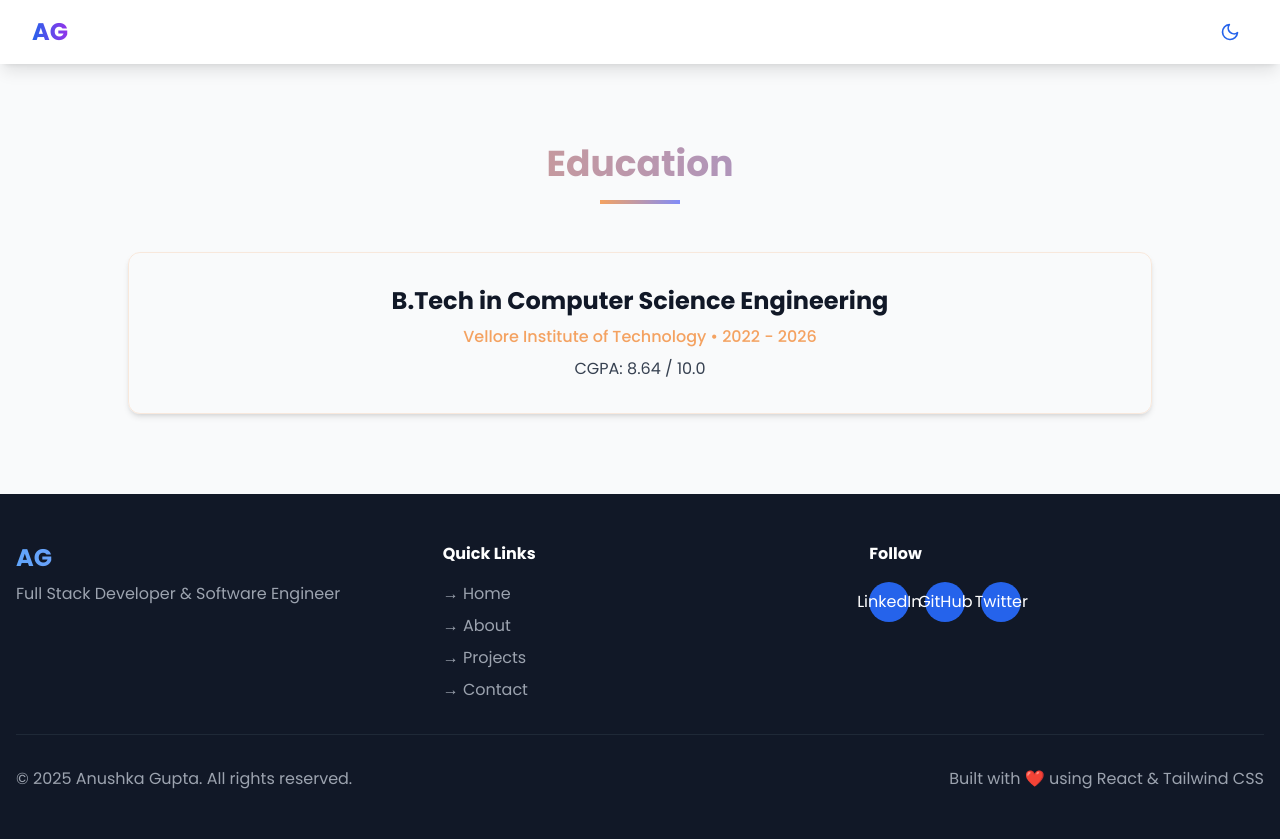
Repository: AnushkaGupta1120/Portfolio
Page: /education
The author's editor kept a copy of each file at every save. The page is drawn from the files as they stood at one save, then again after the next save.
The browser window is 1280 px wide. The pictures show the whole page.
The project was rebuilt for these pictures with package versions that can differ from the ones it lists, and the page was loaded fresh each time. Also part of the build but not shown: vite.config.js, src/styles/Home.css, src/pages/Hero.jsx, src/pages/About.jsx, src/pages/SkillsCategories.jsx, src/pages/Skills.jsx, src/pages/ProjectCard.jsx, src/pages/Projects.jsx and 4 more.

Above is the page before, as saved 2025-12-22 12:48:31.

### index.html
<!DOCTYPE html>
<html lang="en">
<head>
  <meta charset="UTF-8" />
  <meta name="viewport" content="width=device-width, initial-scale=1.0" />

  <!-- Meta Tags -->
  <meta name="description" content="Anushka Gupta - Full Stack Developer & Software Engineer. Building scalable and user-friendly solutions with React, Node.js, and modern web technologies." />
  <meta name="keywords" content="full stack developer, software engineer, react, node.js, web development, portfolio" />
  <meta name="author" content="Anushka Gupta" />
  <meta name="theme-color" content="#2563eb" />

  <!-- Open Graph Tags -->
  <meta property="og:type" content="website" />
  <meta property="og:title" content="Anushka Gupta - Full Stack Developer" />
  <meta property="og:description" content="Turning ideas into scalable and user-friendly solutions. Full Stack Developer & Software Engineer specializing in React, Node.js, and Cloud Technologies." />
  <meta property="og:url" content="https://anushkagupta-portfolio.com" />
  <meta property="og:image" content="https://anushkagupta-portfolio.com/og-image.png" />

  <!-- Twitter Card -->
  <meta name="twitter:card" content="summary_large_image" />
  <meta name="twitter:title" content="Anushka Gupta - Full Stack Developer" />
  <meta name="twitter:description" content="Full Stack Developer specializing in React, Node.js, and Cloud Technologies" />
  <meta name="twitter:image" content="https://anushkagupta-portfolio.com/og-image.png" />

  <!-- Favicon -->
  <link rel="icon" type="image/svg+xml" href="/favicon.svg" />
  <title>Anushka Gupta - Full Stack Developer & Software Engineer</title>

  <!-- Preload Fonts -->
  <link rel="preload" href="https://fonts.googleapis.com/css2?family=Poppins:wght@300;400;500;600;700;800;900&family=Inter:wght@300;400;500;600;700&display=swap" as="style" />

  <!-- Google Analytics (Optional) -->
  <script async src="https://www.googletagmanager.com/gtag/js?id=GA_MEASUREMENT_ID"></script>
  <script>
    window.dataLayer = window.dataLayer || [];
    function gtag(){dataLayer.push(arguments);}
    gtag('js', new Date());
    gtag('config', 'GA_MEASUREMENT_ID');
  </script>
</head>
<body>
  <div id="root"></div>
  <script type="module" src="/src/main.jsx"></script>
</body>
</html>

### src/main.jsx
import React from 'react'
import ReactDOM from 'react-dom/client'
import { BrowserRouter } from 'react-router-dom'   // ✔ ADD THIS
import App from './App.jsx'
import './index.css'

ReactDOM.createRoot(document.getElementById('root')).render(
  <React.StrictMode>
    <BrowserRouter>       {/* ✔ WRAP YOUR APP */}
      <App />
    </BrowserRouter>
  </React.StrictMode>
)

### src/App.jsx
import React from "react";
import { Routes, Route } from "react-router-dom";

import Navbar from "./components/Navbar";
import Footer from "./components/Footer";

// Pages from your folder structure
import Hero from "./pages/Hero";
import About from "./pages/About";
import Skills from "./pages/Skills";
import Projects from "./pages/Projects";
import Achievements from "./pages/Achievements";
import Education from "./pages/Education";
import Resume from "./pages/Resume";
import Contact from "./pages/Contact";
import GetMeACoffee from "./pages/GetMeACoffee";

export default function App() {
  return (
    <div className="app">
      <Navbar />

      <main style={{ flex: 1 }}>
        <Routes>
          <Route path="/" element={<Hero />} />
          <Route path="/about" element={<About />} />
          <Route path="/skills" element={<Skills />} />
          <Route path="/projects" element={<Projects />} />
          <Route path="/achievements" element={<Achievements />} />
          <Route path="/education" element={<Education />} />
          <Route path="/resume" element={<Resume />} />
          <Route path="/coffee" element={<GetMeACoffee />} />
          <Route path="/contact" element={<Contact />} />

          {/* Optional 404 page */}
          {/* <Route path="*" element={<NotFound />} /> */}
        </Routes>
      </main>

      <Footer />
    </div>
  );
}

### src/index.css
@import url('https://fonts.googleapis.com/css2?family=Poppins:wght@300;400;500;600;700;800;900&family=Inter:wght@300;400;500;600;700&display=swap');
@tailwind base;
@tailwind components;
@tailwind utilities;

/* --------------- Theme tokens --------------- */
:root{
  --bg: #000000;                     /* pure black base */
  --card: #050505;                   /* card matte black */
  --muted: #9aa3af;                  /* secondary text */
  --white: #ffffff;
  --teal-1: #2adaeae6;                 /* bright teal */
  --teal-2: #66c7b2;                 /* softer teal */
  --teal-grad: linear-gradient(90deg,var(--teal-1),var(--teal-2));
  --glass-border: rgba(0, 230, 255, 0.12);
  --soft-shadow: 0 6px 28px rgba(0,0,0,0.6);
  --glow-medium: 0 8px 40px rgba(0, 230, 255, 0.14);
  --glow-strong: 0 0 48px rgba(0, 230, 255, 0.16);
  --radius-lg: 14px;
}
.no-scroll {
  height: 100vh !important;
  overflow: hidden !important;
  position: fixed !important;
  width: 100vw !important;
}
/* ===========================================
   NAVBAR LINK BASE STYLE
=========================================== */
.nav-links a {
  position: relative;
  display: inline-block;
  color: white;
  font-weight: 500;
  padding: 0.5rem 0;
  transition: all 0.3s ease;
  cursor: pointer;
}

/* ===========================================
   HOVER EFFECTS (RAINBOW + SCALE + GLOW)
=========================================== */
.nav-links a:hover {
  transform: scale(1.18);                             /* ENHANCE */
  animation: rainbowGlow 1.2s infinite alternate;     /* RAINBOW ANIMATION */
  text-shadow: 0 0 10px var(--accent);
}

/* Rainbow Glow Animation */
@keyframes rainbowGlow {
  0% {
    color: #00eaff;
    text-shadow: 0 0 10px #00eaff;
  }
  25% {
    color: #7cff7c;
    text-shadow: 0 0 12px #7cff7c;
  }
  50% {
    color: #fffd80;
    text-shadow: 0 0 12px #fffd80;
  }
  75% {
    color: #ff9d5c;
    text-shadow: 0 0 12px #ff9d5c;
  }
  100% {
    color: #ff6ecf;
    text-shadow: 0 0 14px #ff6ecf;
  }
}

/* ===========================================
   UNDERLINE ANIMATION
=========================================== */
.nav-links a::after {
  content: "";
  position: absolute;
  bottom: -3px;
  left: 0;
  width: 0%;
  height: 2px;
  background: var(--accent);
  border-radius: 4px;
  box-shadow: 0 0 6px var(--accent);
  transition: width 0.25s ease;
}

/* Underline appears on hover */
.nav-links a:hover::after {
  width: 60%;
}

/* ===========================================
   ACTIVE LINK (CLICKED & CURRENT PAGE)
=========================================== */
.active-nav-link {
  transform: scale(1.18);                 /* ENHANCE WHEN ACTIVE */
  color: var(--accent) !important;
  text-shadow: 0 0 12px var(--accent);
  font-weight: 600;
}

/* Active underline stays visible */
.active-nav-link::after {
  width: 60% !important;
}



/* --------------- Global reset --------------- */
html,body,#root{
  height:100%;
  width:100%;
  margin:0;
  padding:0;
  background: var(--bg) !important;
  color:var(--white);
  font-family: 'Poppins', 'Inter', sans-serif;
  -webkit-font-smoothing:antialiased;
  -moz-osx-font-smoothing:grayscale;
  scroll-behavior:smooth;
}

/* smooth transitions across theme */
*{box-sizing:border-box; transition: color .22s ease, background-color .28s ease, border-color .22s ease, box-shadow .22s ease;}

/* --------------- Layout helpers --------------- */
.container-max{ max-width:1200px; margin:0 auto; padding:0 1rem; }

/* Section wrapper (pure black background) */
.section {
  padding:4.5rem 1rem;
  background: transparent; /* keep pure black global */
}

/* --------------- Navbar --------------- */
.navbar {
  width:100%;
  display:flex;
  align-items:center;
  justify-content:space-between;
  padding: .75rem 1.25rem;
  border-radius:14px;
  background: rgba(255,255,255,0.02); /* subtle glass */
  backdrop-filter: blur(8px);
  border: 1px solid rgba(255,255,255,0.03);
  box-shadow: var(--soft-shadow);
}

.navbar .brand {
  display:flex;
  align-items:center;
  gap:.75rem;
  color:var(--white);
  font-weight:700;
  font-size:1.05rem;
}

.navbar .brand .logo {
  width:36px; height:36px; border-radius:8px;
  display:flex; align-items:center; justify-content:center;
  background: linear-gradient(180deg, rgba(0,230,255,0.12), rgba(0,255,198,0.06));
  border: 1px solid var(--glass-border);
  color: var(--white);
  font-weight:800;
}

/* Nav links */
.nav-links { display:flex; gap:1.25rem; align-items:center; }
.nav-links button{
  background:transparent; color:var(--muted); border:none; padding:.35rem .6rem;
  font-weight:600; border-radius:8px; cursor:pointer;
}
.nav-links button:hover{ color:var(--teal-1); box-shadow: var(--glow-medium); transform:translateY(-2px); }

/* active underline */
.nav-links .active{
  color:var(--teal-1); position:relative;
}
.nav-links .active::after{
  content:""; position:absolute; left:0; right:0; bottom:-8px; height:3px;
  border-radius:6px; background: var(--teal-grad);
  box-shadow: var(--glow-strong);
}

/* --------------- Hero --------------- */
.hero {
  position:relative; min-height:70vh;
  display:flex; align-items:center; justify-content:center;
  padding:4rem 0;
}

/* ambient radial behind hero (soft teal gradient) */
.hero .ambient {
  position:absolute; width:720px; height:720px; border-radius:50%;
  background: radial-gradient(closest-side, rgba(0,255,198,0.08), rgba(0,230,255,0.04) 40%, transparent 55%);
  filter: blur(46px);
  pointer-events:none; z-index:0; top:6%; right:8%;
}

/* profile circle with twin rings */
.profile-wrap{ position:relative; display:flex; align-items:center; justify-content:center; z-index:10; }
.profile-wrap .outer-ring{
  position:absolute; width:260px; height:260px; border-radius:50%;
  border: 2px dashed rgba(0,255,198,0.06);
  box-shadow: 0 0 28px rgba(0,255,198,0.06);
}
.profile-wrap .neon-ring{
  position:absolute; width:290px; height:290px; border-radius:50%;
  background: transparent; border: 2px solid rgba(0,230,255,0.18);
  box-shadow: 0 0 24px rgba(0,230,255,0.12);
  filter: blur(3px);
}

/* profile image */
.profile-img{
  width:220px; height:220px; border-radius:9999px; overflow:hidden;
  border:6px solid rgba(255,255,255,0.03); background: #0a0a0a;
  display:block; object-fit:cover;
  box-shadow: 0 10px 40px rgba(0,0,0,0.7);
}

/* hero text area */
.hero .meta {
  z-index:10; color:var(--white); max-width:760px; margin-left:3.5rem;
}
.hero h1{ font-size:3.25rem; line-height:1.02; margin:0; font-weight:800; color:var(--white); }
.hero h1 .name { background: var(--teal-grad); -webkit-background-clip: text; background-clip:text; -webkit-text-fill-color:transparent; }

/* subtitle */
.hero p.subtitle { color: #bfc7cf; font-size:1.05rem; margin-top:.6rem; }

/* skill badges */
.badge {
  display:inline-block; padding:.45rem .8rem; margin:.35rem; border-radius:999px; font-weight:700;
  color:var(--white); background: rgba(255,255,255,0.02); border: 1px solid rgba(255,255,255,0.03);
}
.badge.active{ background: linear-gradient(90deg, rgba(0,230,255,0.06), rgba(0,255,198,0.04)); color:var(--teal-1); box-shadow: var(--glow-medium); }

/* code block */
.code-block {
  background: linear-gradient(180deg, rgba(255,255,255,0.01), rgba(255,255,255,0.02));
  border-radius:12px; padding:1.25rem; margin-top:1.4rem;
  border: 1px solid rgba(0,255,198,0.04);
  box-shadow: 0 8px 40px rgba(0,0,0,0.6);
}

/* CTA buttons */
.btn {
  display:inline-flex; align-items:center; gap:.6rem; padding:.9rem 1.1rem; border-radius:999px;
  font-weight:700; cursor:pointer; border:1px solid rgba(255,255,255,0.03);
}
.btn.primary {
  background: linear-gradient(90deg, rgba(0,230,255,0.12), rgba(0,255,198,0.08));
  color:var(--white); box-shadow: var(--glow-medium); border:1px solid rgba(0,255,198,0.12);
}
.btn.secondary {
  background: rgba(255,255,255,0.02); color:var(--white); border:1px solid rgba(255,255,255,0.04);
}
.btn.primary:hover{ box-shadow: var(--glow-strong); transform:translateY(-3px); }

/* card - default */
.card {
  background: var(--card); border-radius:12px; padding:1.2rem;
  border:1px solid rgba(255,255,255,0.03); box-shadow: 0 10px 30px rgba(0,0,0,0.6);
}

/* info chips */
.info-chip { display:inline-block; padding:.65rem 1rem; border-radius:12px; background: rgba(255,255,255,0.02); border:1px solid rgba(255,255,255,0.03); }

/* --------------- Forms & inputs --------------- */
.input {
  width:100%; padding:.8rem 1rem; border-radius:10px; background: rgba(255,255,255,0.02);
  border:1px solid rgba(255,255,255,0.03); color:var(--white);
}
.input:focus { outline:none; box-shadow: var(--glow-medium); border-color: rgba(0,230,255,0.18); }

/* --------------- Footer --------------- */
.footer {
  padding:2.5rem 1rem; text-align:center; color:var(--muted); border-top:1px solid rgba(255,255,255,0.02);
}

/* --------------- Utility --------------- */
.text-muted{ color:var(--muted); }
.flex-center{ display:flex; align-items:center; justify-content:center; }

/* --------------- Responsive --------------- */
@media (max-width: 860px) {
  .hero { padding:2.5rem 0; flex-direction:column; gap:1.25rem; }
  .hero .meta{ margin-left:0; text-align:center; }
  .profile-wrap, .profile-img{ width:180px; height:180px; }
  .hero h1{ font-size:2.25rem; }
}

### src/components/Navbar.jsx
import { useState } from 'react';
import { FiMenu, FiX, FiMoon, FiSun } from 'react-icons/fi';

export default function Navbar({ darkMode, setDarkMode }) {
  const [menuOpen, setMenuOpen] = useState(false);

  const scrollToSection = (id) => {
    const element = document.getElementById(id);
    if (element) {
      element.scrollIntoView({ behavior: 'smooth' });
      setMenuOpen(false);
    }
  };

  const navLinks = [
    { id: 'home', label: 'Home' },
    { id: 'about', label: 'About' },
    { id: 'skills', label: 'Skills' },
    { id: 'projects', label: 'Projects' },
    { id: 'experience', label: 'Experience' },
    { id: 'contact', label: 'Contact' },
  ];

  return (
    <nav className="sticky top-0 z-50 bg-white dark:bg-gray-900 shadow-lg dark:shadow-gray-800 transition-colors duration-300">
      <div className="max-w-7xl mx-auto px-4 sm:px-6 lg:px-8">
        <div className="flex justify-between items-center h-16">
          {/* Logo */}
          <div className="flex-shrink-0">
            <a href="#home" className="text-2xl font-bold bg-gradient-to-r from-blue-600 to-purple-600 bg-clip-text text-transparent hover:scale-105 transition-transform duration-300 cursor-pointer animate-fadeIn">
              AG
            </a>
          </div>

          {/* Desktop Navigation */}
          <div className="hidden md:flex items-center space-x-1">
            {navLinks.map((link, index) => (
              <button
                key={link.id}
                onClick={() => scrollToSection(link.id)}
                className="px-3 py-2 text-sm font-medium rounded-md hover:bg-gray-100 dark:hover:bg-gray-800 transition-all duration-300 hover:text-blue-600 dark:hover:text-blue-400 animate-slideInDown"
                style={{ animationDelay: `${index * 0.1}s` }}
              >
                {link.label}
              </button>
            ))}
          </div>

          {/* Right Section - Theme Toggle and Mobile Menu */}
          <div className="flex items-center space-x-4">
            <button
              onClick={() => setDarkMode(!darkMode)}
              className="p-2 rounded-lg hover:bg-gray-100 dark:hover:bg-gray-800 transition-all duration-300 transform hover:scale-110"
            >
              {darkMode ? (
                <FiSun className="w-5 h-5 text-yellow-400 animate-spin-slow" />
              ) : (
                <FiMoon className="w-5 h-5 text-blue-600 animate-bounce-slow" />
              )}
            </button>

            {/* Mobile menu button */}
            <button
              onClick={() => setMenuOpen(!menuOpen)}
              className="md:hidden p-2 rounded-lg hover:bg-gray-100 dark:hover:bg-gray-800 transition-all duration-300 transform hover:scale-110"
            >
              {menuOpen ? (
                <FiX className="w-6 h-6 animate-rotateIn" />
              ) : (
                <FiMenu className="w-6 h-6 animate-rotateIn" />
              )}
            </button>
          </div>
        </div>

        {/* Mobile Navigation */}
        {menuOpen && (
          <div className="md:hidden bg-gray-50 dark:bg-gray-800 animate-slideDown">
            <div className="px-2 pt-2 pb-3 space-y-1">
              {navLinks.map((link) => (
                <button
                  key={link.id}
                  onClick={() => scrollToSection(link.id)}
                  className="block w-full text-left px-3 py-2 rounded-md text-base font-medium hover:bg-gray-100 dark:hover:bg-gray-700 transition-all duration-300 hover:text-blue-600 dark:hover:text-blue-400 animate-fadeIn"
                >
                  {link.label}
                </button>
              ))}
            </div>
          </div>
        )}
      </div>
    </nav>
  );
}

### src/components/Footer.jsx
export default function Footer() {
  const currentYear = new Date().getFullYear();

  return (
    <footer className="bg-gray-900 dark:bg-black text-white py-12 px-4">
      <div className="max-w-7xl mx-auto">
        <div className="grid grid-cols-1 md:grid-cols-3 gap-8 mb-8">
          {/* Brand */}
          <div className="animate-fadeInLeft animation-delay-300">
            <h3 className="text-2xl font-bold bg-gradient-to-r from-blue-400 to-purple-400 bg-clip-text text-transparent mb-2">
              AG
            </h3>
            <p className="text-gray-400">Full Stack Developer & Software Engineer</p>
          </div>

          {/* Quick Links */}
          <div className="animate-fadeIn animation-delay-400">
            <h4 className="font-bold mb-4">Quick Links</h4>
            <div className="space-y-2 text-gray-400">
              {['Home', 'About', 'Projects', 'Contact'].map((link) => (
                <a
                  key={link}
                  href={`#${link.toLowerCase()}`}
                  className="block hover:text-blue-400 transition-colors duration-300 transform hover:translate-x-1"
                >
                  → {link}
                </a>
              ))}
            </div>
          </div>

          {/* Social Links */}
          <div className="animate-fadeInRight animation-delay-500">
            <h4 className="font-bold mb-4">Follow</h4>
            <div className="flex gap-4">
              {['LinkedIn', 'GitHub', 'Twitter'].map((social) => (
                <a
                  key={social}
                  href="#"
                  className="w-10 h-10 rounded-full bg-blue-600 hover:bg-purple-600 flex items-center justify-center transition-all duration-300 transform hover:scale-110 hover:-translate-y-1"
                >
                  {social}
                </a>
              ))}
            </div>
          </div>
        </div>

        <div className="border-t border-gray-800 pt-8 flex flex-col md:flex-row justify-between items-center gap-4 animate-slideInUp animation-delay-600">
          <p className="text-gray-400">
            © {currentYear} Anushka Gupta. All rights reserved.
          </p>
          <p className="text-gray-400">
            Built with ❤️ using React & Tailwind CSS
          </p>
        </div>
      </div>
    </footer>
  );
}

### src/pages/Education.jsx
import { useEffect, useState } from "react";

export default function Education() {
  const [visible, setVisible] = useState(false);

  useEffect(() => {
    const observer = new IntersectionObserver(
      ([entry]) => entry.isIntersecting && setVisible(true),
      { threshold: 0.1 }
    );
    const el = document.getElementById("education");
    if (el) observer.observe(el);
    return () => observer.disconnect();
  }, []);

  return (
    <section
      id="education"
      className={`py-20 px-6
                  bg-gray-50 dark:bg-[#0b0c10]
                  text-gray-900 dark:text-gray-100
                  transition-colors duration-500
                  ${visible ? "opacity-100 translate-y-0" : "opacity-0 translate-y-8"}
                  transform ease-out`}
    >
      <div className="max-w-5xl mx-auto text-center">
        <h2 className="text-4xl font-bold mb-4 bg-gradient-to-r from-[#f4a261] to-indigo-400 bg-clip-text text-transparent">
          Education
        </h2>
        <div className="w-20 h-1 bg-gradient-to-r from-[#f4a261] to-indigo-400 mx-auto mb-12"></div>

        <div className=" dark:bg-[#14161a] p-8 rounded-xl
                        shadow-md hover:shadow-lg
                        border border-[#f4a261]/20
                        transition-all duration-500">
          <h3 className="text-2xl font-bold text-gray-900 dark:text-gray-100">
            B.Tech in Computer Science Engineering
          </h3>
          <p className="text-[#f4a261] mt-2 font-medium">
            Vellore Institute of Technology • 2022 - 2026
          </p>
          <p className="text-gray-700 dark:text-gray-300 mt-2">
            CGPA: 8.64 / 10.0
          </p>
        </div>
      </div>
    </section>
  );
}

Loaded but not shown: tailwind.config.js (136 lines, source omitted)

After the next save:
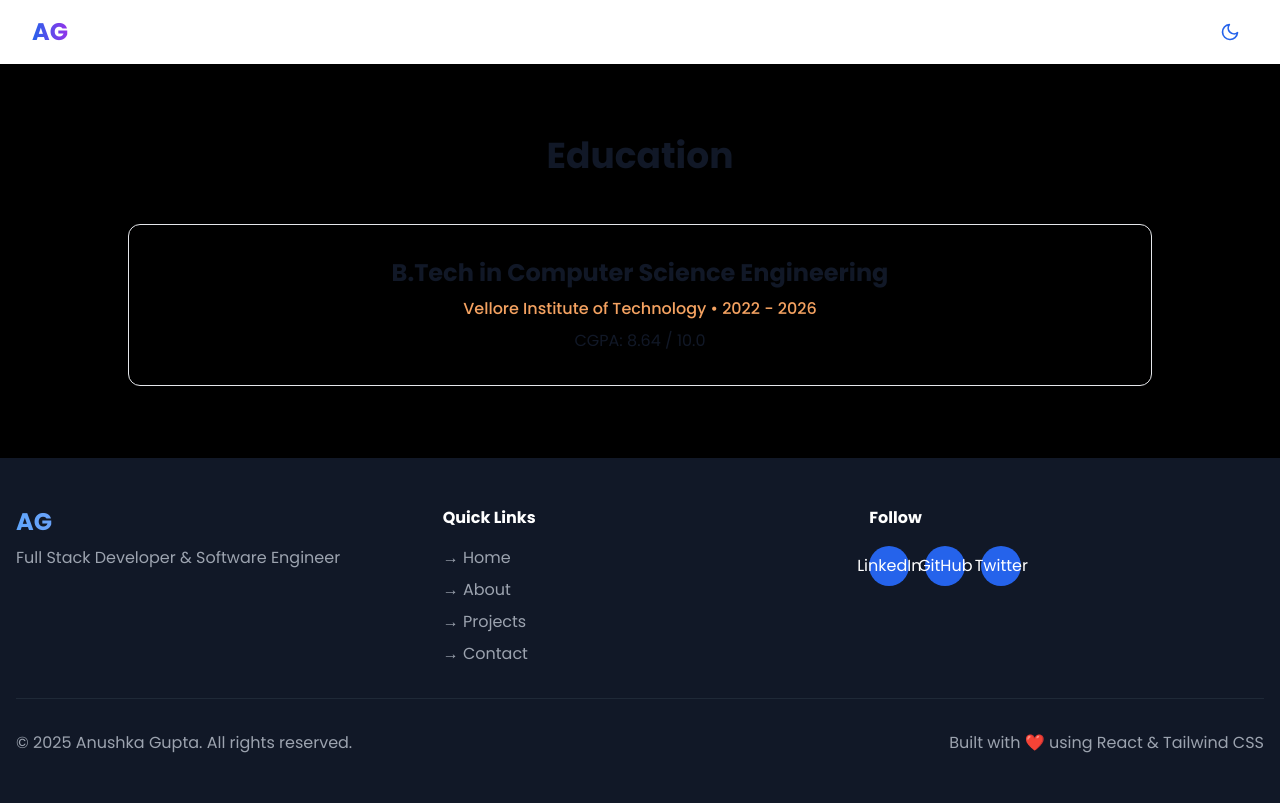
Saved 2 min 49 s later.
--- a/src/pages/Education.jsx
+++ b/src/pages/Education.jsx
@@ -16,33 +16,42 @@ export default function Education() {
   return (
     <section
       id="education"
-      className={`py-20 px-6
-                  bg-gray-50 dark:bg-[#0b0c10]
+      className={`section
+                  bg-section-light bg-section-dark
                   text-gray-900 dark:text-gray-100
-                  transition-colors duration-500
+                  transition-all duration-500
                   ${visible ? "opacity-100 translate-y-0" : "opacity-0 translate-y-8"}
                   transform ease-out`}
     >
       <div className="max-w-5xl mx-auto text-center">
-        <h2 className="text-4xl font-bold mb-4 bg-gradient-to-r from-[#f4a261] to-indigo-400 bg-clip-text text-transparent">
+
+        <h2 className="text-4xl font-bold mb-4 text-gradient">
           Education
         </h2>
-        <div className="w-20 h-1 bg-gradient-to-r from-[#f4a261] to-indigo-400 mx-auto mb-12"></div>
 
-        <div className=" dark:bg-[#14161a] p-8 rounded-xl
-                        shadow-md hover:shadow-lg
-                        border border-[#f4a261]/20
-                        transition-all duration-500">
-          <h3 className="text-2xl font-bold text-gray-900 dark:text-gray-100">
+        <div className="divider mb-12"></div>
+
+        <div
+          className="
+            bg-card bg-card-hover
+            p-8 rounded-xl
+            border border-[var(--accent)]/20
+            transition-all duration-500
+          "
+        >
+          <h3 className="text-2xl font-bold">
             B.Tech in Computer Science Engineering
           </h3>
-          <p className="text-[#f4a261] mt-2 font-medium">
+
+          <p className="text-accent mt-2 font-medium">
             Vellore Institute of Technology • 2022 - 2026
           </p>
-          <p className="text-gray-700 dark:text-gray-300 mt-2">
+
+          <p className="text-soft mt-2">
             CGPA: 8.64 / 10.0
           </p>
         </div>
+
       </div>
     </section>
   );
